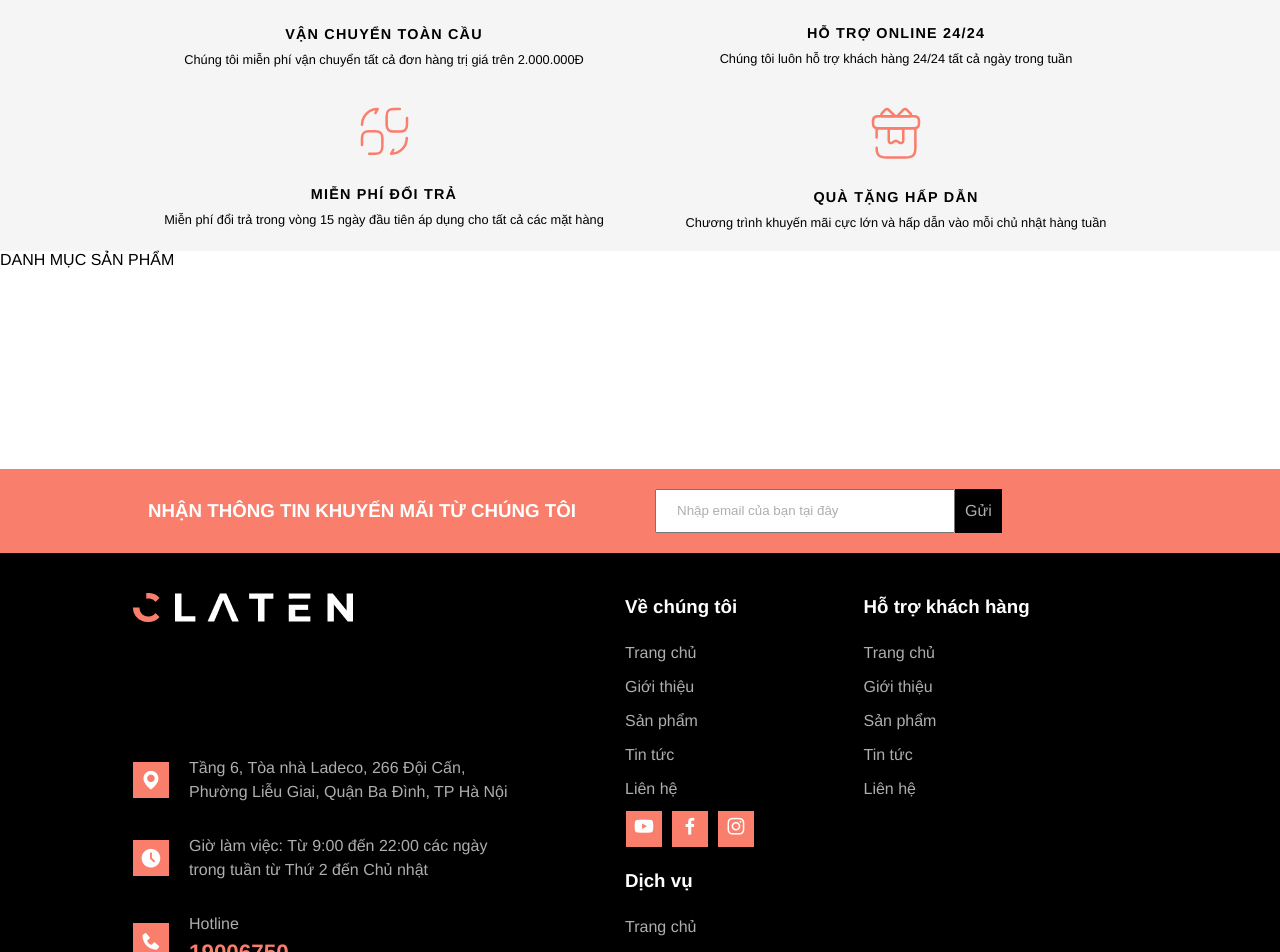
Repository: RennoPMXK/doan
Page: index.html
An editor plug-in stored every save of this project. The page is shown before and after the next save, followed by the edit.
The browser window is 1280 px wide. The pictures show the part of the page from y = 644 to 1596 px (the page is 1739 px tall before and 1743 px after).

Above is the page before, as saved 2021-11-16 20:19:09.

After the next save:
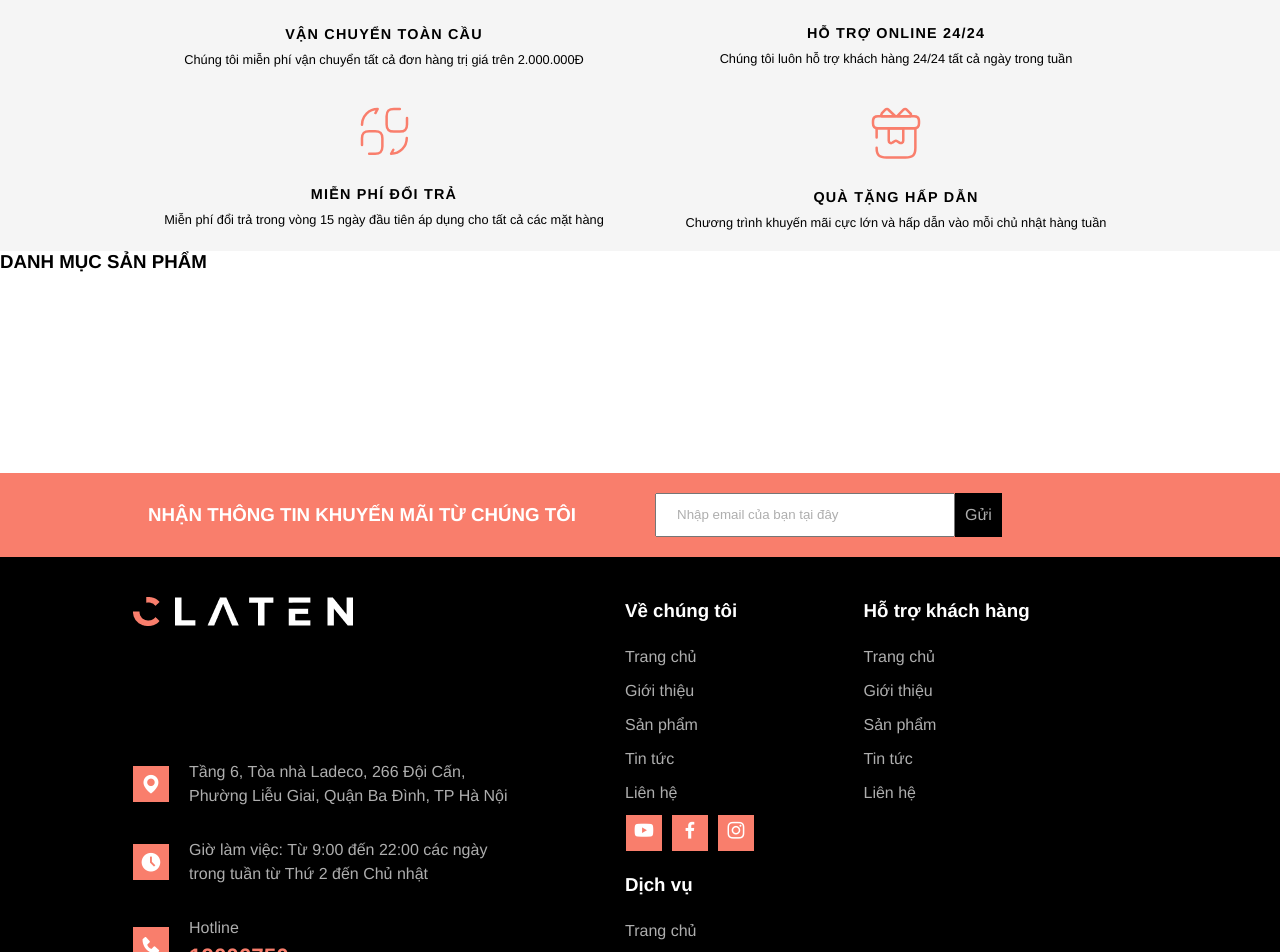
Saved 23 s later.
--- a/index.html
+++ b/index.html
@@ -144,7 +144,7 @@
 
     <section class="product-list">
         <div class="section-title">
-            DANH MỤC SẢN PHẨM
+            <h3>DANH MỤC SẢN PHẨM</h3>
         </div>
     </section>
 
